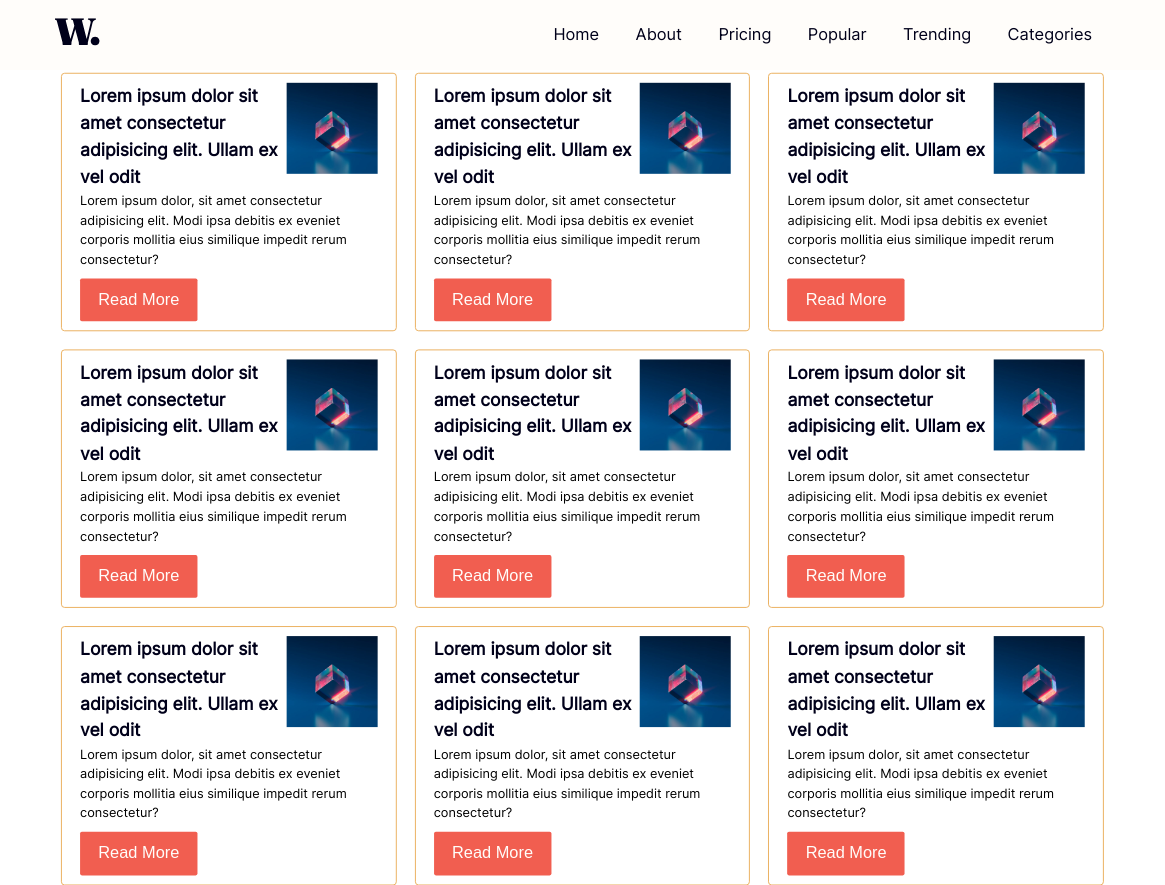
Repository: Benedict-Anthony/web3.0-blog-chain
Page: /trending
The author's editor kept a copy of each file at every save. The page is drawn from the files as they stood at one save, then again after the next save.
The browser window is 1280 px wide. The pictures show the whole page, at 91% of full size.
The project was rebuilt for these pictures with package versions that can differ from the ones it lists, and the page was loaded fresh each time. The framework's server and built-in components were replaced by stand-ins that run in the browser. Also part of the build but not shown: next.config.js, styles/styles.css.

Above is the page before, as saved 2022-12-21 03:16:34.

After the next save:
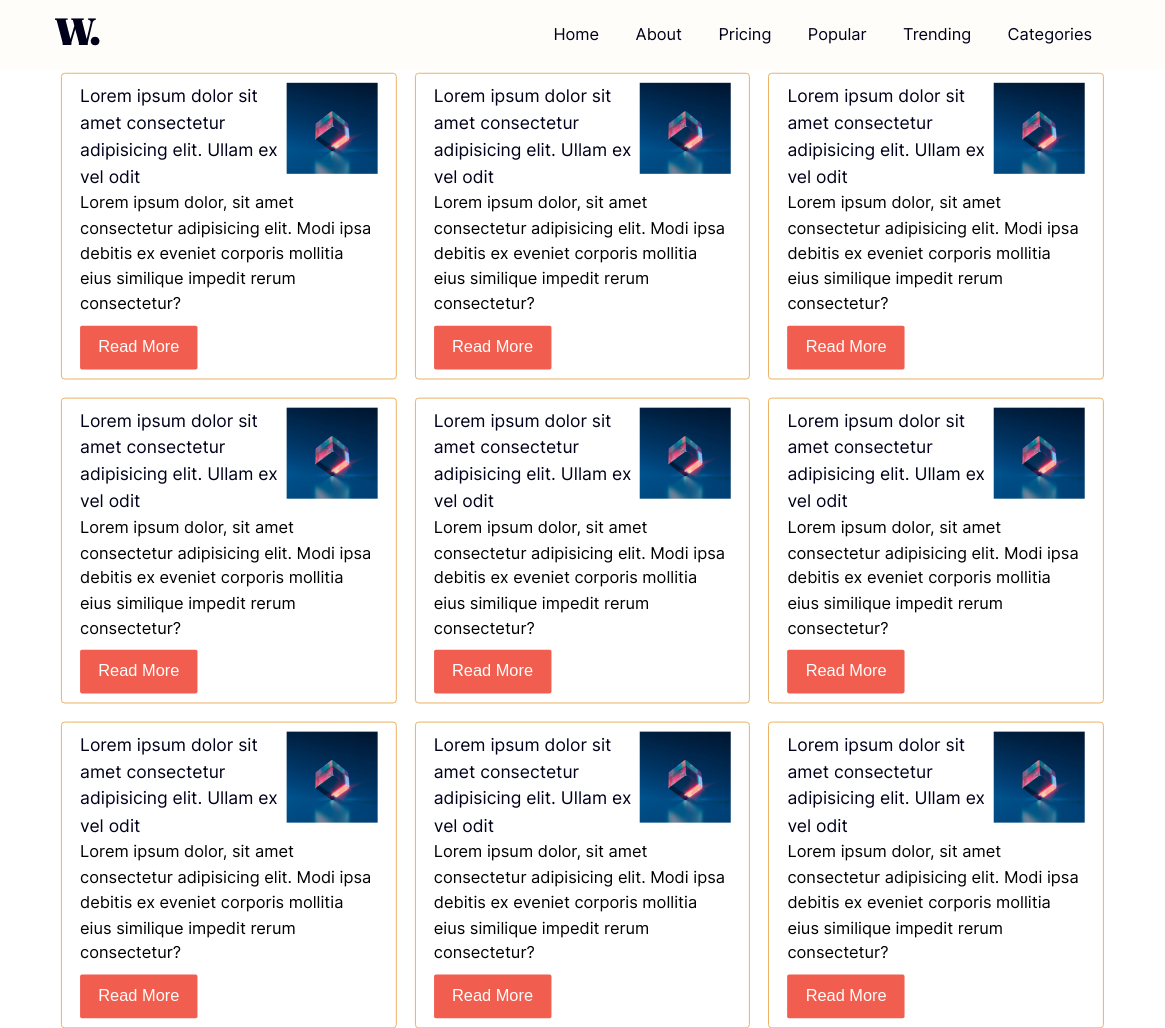
Saved 10 s later.
--- a/styles/Trending.module.scss
+++ b/styles/Trending.module.scss
@@ -17,14 +17,14 @@
 
         }
         h4{
-            font-weight: 600;
+            font-weight: 400;
             color: var(--VeryDarkBlue);
             font-size: 1.2rem;
         }
 
     }
     p{
-        font-size: 14px;
+        font-size: 18px;
     }
 
 
